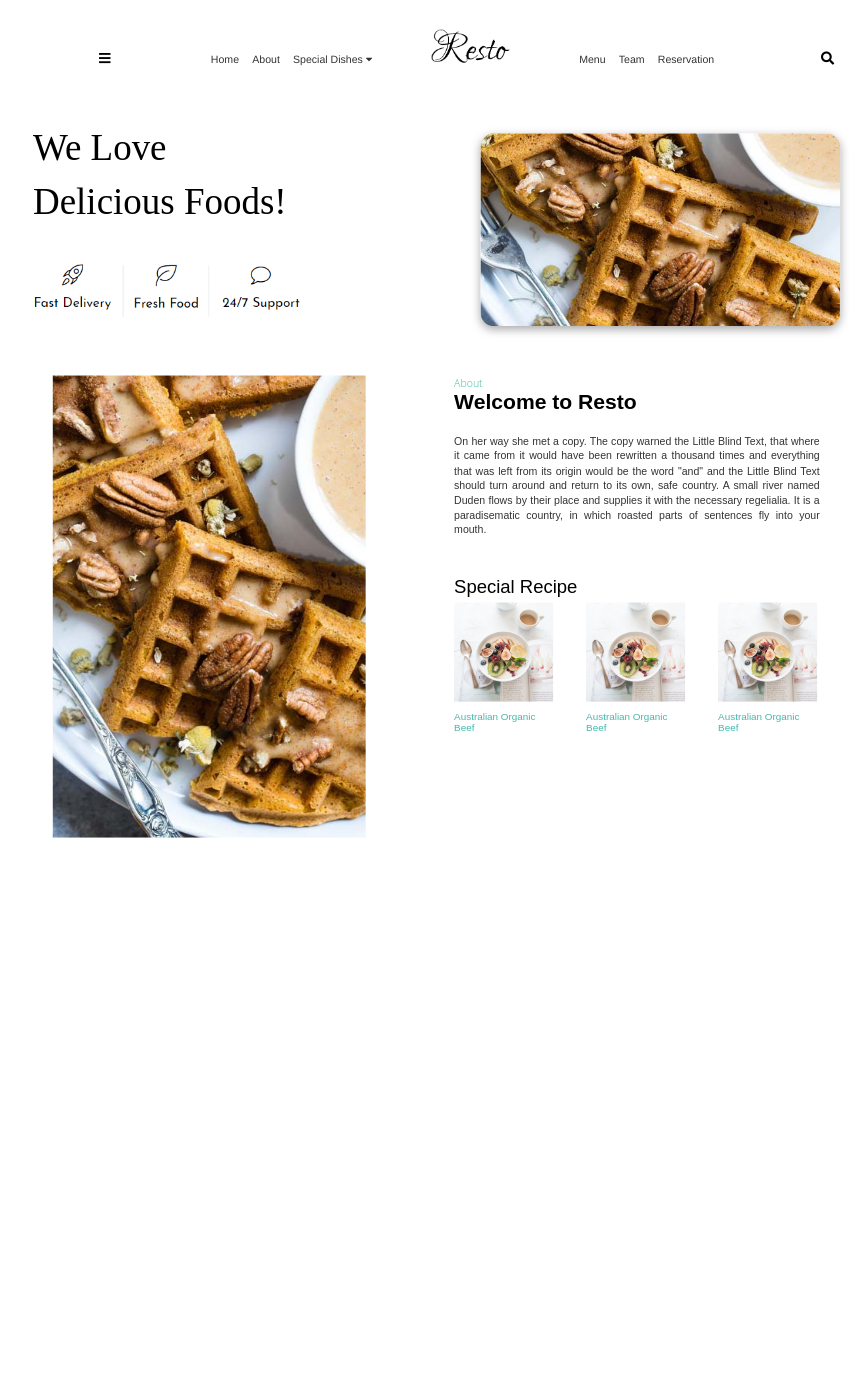
Repository: nguyenanhtuanHDU/myrestaurant
Page: index.html
The author's editor kept a copy of each file at every save. The page is drawn from the files as they stood at one save, then again after the next save.
The browser window is 1280 px wide. The page is 1288 px wide, so the pictures cover 1288 px, including what lies to the right of the window. The pictures show the whole page, at 66% of full size.

Above is the page before, as saved 2022-02-01 02:15:46.

### index.html
<!DOCTYPE html>
<html lang="en">
<head>
    <meta charset="UTF-8">
    <meta http-equiv="X-UA-Compatible" content="IE=edge">
    <meta name="viewport" content="width=device-width, initial-scale=1.0">
    <link rel="stylesheet" href="./assets/style.css">
    <link rel="stylesheet" href="./assets/icon/fontawesome-free-5.15.4-web/css/all.css">
    <link rel="stylesheet" href="./assets/main.js">
    <link rel="stylesheet" href="./aos/aos.css">
    <title>Resto</title>

</head>
<body>
    <div id="main">
        <div id="header">

            <i class="fas fa-bars" ></i>

            <ul id="nav_1" >
                <li><a href="">Home</a></li>
                <li><a href="">About</a></li>
                <li>
                <a href="">
                    Special Dishes
                    <i class="fas fa-caret-down"></i>
                </a>
                <ul class="subnav_1">
                    <li><a href="">
                        <i class="fas fa-angle-right"></i>
                        Beef Steak Sauce
                    </a></li>
                    <li><a href="">
                        <i class="fas fa-angle-right"></i>
                        Salmon Zucchini
                    </a></li>
                </ul>
                </li>
            </ul>

            <img src="./assets/image/logo.png" alt="" class="img_header" >

            <div id="nav_2">
                <ul>
                    <li><a href="">Menu</a></li>
                    <li><a href="">Team</a></li>
                    <li><a href="">Reservation</a></li>
                </ul>
            </div>

            <i class="fas fa-search"></i>

        </div>

        <div id="introduce">

            <div class="content">
                <h1 class="content_heading1">We Love</h1>
                <h1 class="content_heading2">Delicious Foods!</h1>
                <div class="list_content">
                    <img src="/assets/image/Content/1.png" alt="" class="img_content">
                    <img src="/assets/image/Content/2.png" alt="" class="img_content">
                    <img src="/assets/image/Content/3.png" alt="" class="img_content">

                </div>

                <div class="slider_dish">
                    <img class="img_dish" src="./assets/image/hero-1.jpg" >
                    <img class="img_dish" src="./assets/image/hero-2.jpg" >
                    <img class="img_dish" src="./assets/image/hero-3.jpg" >
                </div>
            </div>



            <div class="about">
                <img src="./assets/image/hero-2.jpg" alt="" class="img_about">
                <div class="about_content">
                    <div class="about_heading">About</div>
                    <div class="about_title">Welcome to Resto </div>
                    <div class="content_para">On her way she met a copy. The copy warned the Little Blind Text, that where it came from it would have been rewritten a thousand times and everything that was left from its origin would be the word "and" and the Little Blind Text should turn around and return to its own, safe country. A small river named Duden flows by their place and supplies it with the necessary regelialia. It is a paradisematic country, in which roasted parts of sentences fly into your mouth.

                    </div>

                    <div class="about_dish">
                        <div class="dish_title">Special Recipe </div>
                        <div class="list_dish">
                            <div class="dish_items">
                                <img src="./assets/image/hero-1.jpg" alt="" class="dish_img">
                                <div class="dish_name">Australian Organic Beef</div>
                            </div>
                            <div class="dish_items">
                                <img src="./assets/image/hero-1.jpg" alt="" class="dish_img">
                                <div class="dish_name">Australian Organic Beef</div>
                            </div>
                            <div class="dish_items">
                                <img src="./assets/image/hero-1.jpg" alt="" class="dish_img">
                                <div class="dish_name">Australian Organic Beef</div>
                            </div>

                        </div>
                    </div>
                </div>
            </div>
        </div>

        <div id="special">

        </div>

        <div id="menu">

        </div>

        <div id="team">

        </div>

        <div id="book">

        </div>

        <div id="footer">

        </div>
    </div>


    <script src="./assets/main.js">

    </script>
    <script src="./aos/aos.js">
        AOS.init();

    </script>


</body>
</html>

### assets/style.css
*{
    margin: 0;
    padding: 0;
    box-sizing: border-box;
}

#header{

    margin-top: 45px;
    margin-left: 150px;
}
#header .fa-bars:hover{
    color: #45b8ac;
    cursor: pointer;
    transform: rotate(360deg);
    transition: .6s ease;
}
#header .fa-bars{
    display: inline-block;
    margin-right: 140px;
    font-size: 20px;
}
#header .fa-search{
    font-size: 20px;
    margin-left: 150px;
}
#header .fa-search:hover{
    color: #45b8ac;
    cursor: pointer;
    font-size: 30px;
    transition: 0.4s ease;
}
#nav_1{
    display: inline-block;

}
#nav_1 > li {
    display: inline-block;
    position: relative;
}
#nav > li:hover{
    display: block;
}

#nav_1 > li > a {
    position: relative;
    font-family: Helvetica, Arial, sans-serif;
    opacity: 0.8;
    display: block;
    color: black;
    text-decoration: none;
    padding: 6px 8px;
}
#nav_1 > li > a:before {
    content: '';
    position: absolute;
    bottom: 0;
    left: 0;
    background-color: #45b8ac;
    height: 3px;
    width: 0%;
    transition: 0.6s ease ;
}
#nav_1 > li > a:hover:before {
    width: 100%;
}
#nav_1 li:hover .subnav_1{
    display: block;
    animation: subnav-1 1s ease ;
}
@keyframes subnav-1{
    0%{
        opacity: 0;
        left: 100px;
    }
    50%{
        left: -20px;
    }
    100%{
        left: 0;
    }

}
.subnav_1{
    position: absolute;
    top: 30px;
    opacity: 1;
    width: 162px;
    display: none;
    z-index: 2;
    overflow: hidden;
    border-top-right-radius: 19px;
    border-bottom-right-radius: 19px;
    box-shadow: rgba(0, 0, 0, 0.35) 0px 5px 15px;
}
.subnav_1 li{
    display: block;
}
.subnav_1 li a:hover{
    background-color: #45b8ac;
    color: white;
}
.subnav_1 li a{
    position: relative;
    font-family: Helvetica, Arial, sans-serif;
    opacity: 0.8;
    color: black;
    text-decoration: none;
    padding: 6px 8px;
    display: block;
}
.subnav_1 li a:before{
    content: '';
    position: absolute;
    top: 0;
    left: 0;
    background-color: #45b8ac;
    height: 100%;
    width: 0%;
    z-index: -1;
}
.subnav_1 li a:hover:before{
    color: white;
}



.img_header{
    width: 117.25px;
    height: 50px;
    margin-left: 78px;
    margin-right: 94px;
}
#nav_2{
    display: inline-block;
}
#nav_2 li {
    display: inline-block;
}

#nav_2 li a {
    position: relative;
    text-decoration: none;
    color: black;
    font-family: Helvetica, Arial, sans-serif;
    opacity: 0.8;
    padding: 6px 8px;
}
#nav_2 li a:before {
    content: '';
    position: absolute;
    bottom: 0;
    left: 0;
    background-color: #45b8ac;
    height: 3px;
    width: 0%;
    transition: 0.6s ease;
}
#nav_2 li a:hover:before {
    width: 100%;
}
#introduce{
    position: relative;
    height: 2000px;
}
.content{
    position: absolute;
    top: 86px;
    left: 50px;
}
.content_heading1{
    font-size: 3.5rem;
    font-weight: 300;
    line-height: 1.2;
}
.content_heading2{
    font-size: 3.5rem;
    font-weight: 300;
    line-height: 1.2;
    padding-top: 14px;
    padding-bottom: 59px;
}
.slider_dish{

}
.img_dish{
    position: absolute;
    width: 545px;
    height: 292px;
    object-fit: cover;
    top: 11px;
    left: 167%;
    box-shadow: rgba(0, 0, 0, 0.35) 0px 5px 15px;
    border-radius: 20px;
}
.about{
    position: absolute;
    top: 29em;
}
.img_about{
    width: 474px;
    height: 700px;
    object-fit: cover;
    margin-left: 80px;
}
.about_content{
    position: absolute;
    top: 0;
    left: 43em;
    width: 100%;
}
.about_heading{
    color: #45b8ac;
    font-family: 'Open Sans',sans-serif;
    font-weight: 300;
}
.about_title{
    font-family: 'Josefin Sans',sans-serif;
    font-weight: 700;
    font-size: 32px;
    margin-bottom: 30px;
}
.content_para{
    font-family: 'Josefin Sans',sans-serif;
    text-align: justify;
    opacity: 0.8;
    line-height: 1.4;
    margin-bottom: 58px;
}
.about_dish{
    position: absolute;
}
.list_dish{
    display: flex;
}
.dish_items{
    margin-right: 50px;
}
.dish_title{
    font-family: 'Josefin Sans',sans-serif;
    font-weight: 400;
    font-size: 28px;
    margin-bottom: 8px;
}
.dish_img{
    width: 150px;
    height: 150px;
}
.dish_name{
    font-family: 'Josefin Sans',sans-serif;
    font-weight: 400;
    margin-top: 10px;
    font-size: 15px;
    color: #45b8ac;

}

### assets/main.js

var myIndex = 0;
        carousel();

        function carousel() {
          var i;
          var x = document.getElementsByClassName("img_dish");
          for (i = 0; i < x.length; i++) {
            x[i].style.display = "none";
          }
          myIndex++;
          if (myIndex > x.length) {myIndex = 1}
          x[myIndex-1].style.display = "block";
          setTimeout(carousel, 3000);
        }

Loaded but not shown: assets/icon/fontawesome-free-5.15.4-web/css/all.css (library); aos/aos.css (library); aos/aos.js (library)

After the next save:
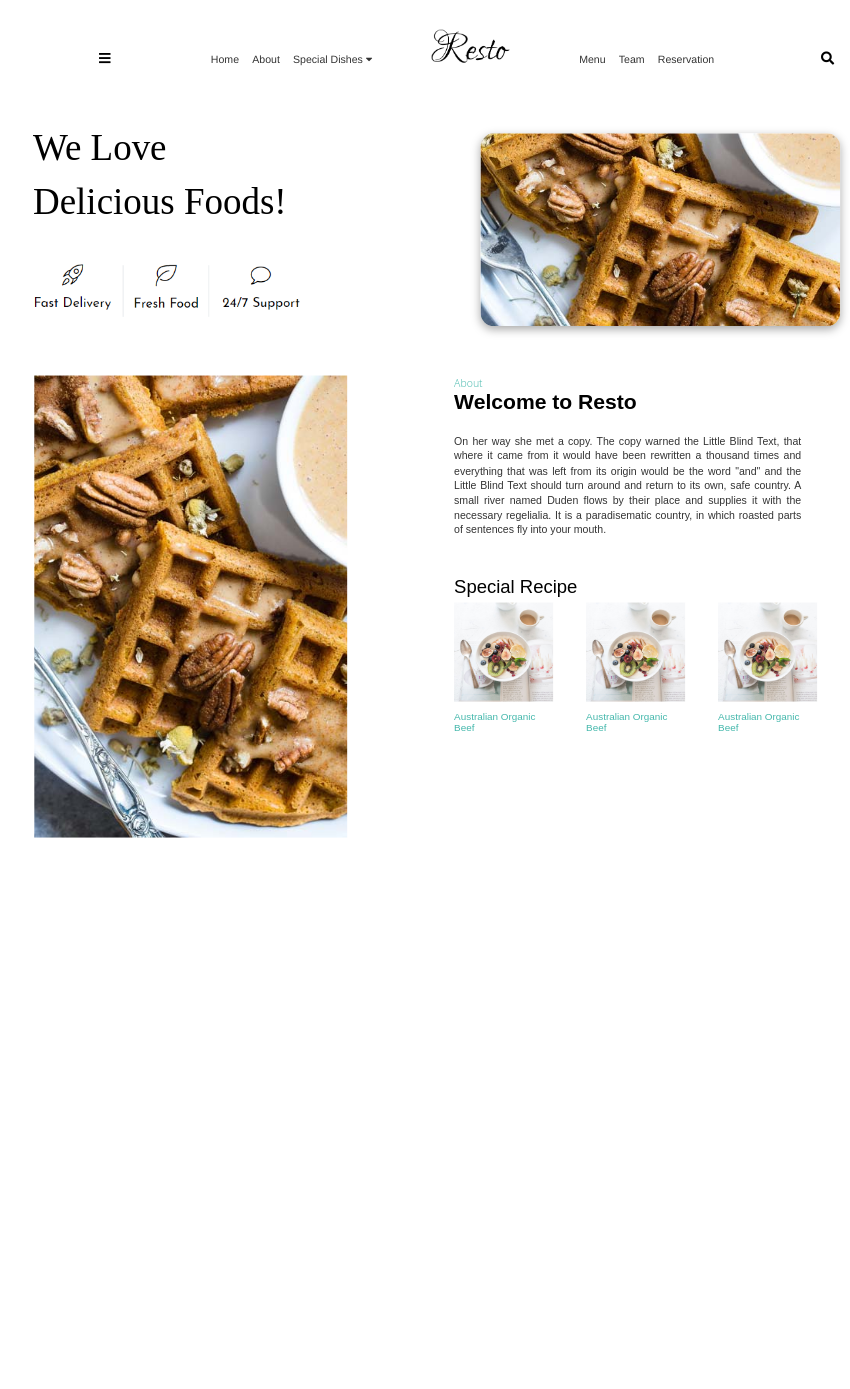
Saved 45 s later.
--- a/assets/style.css
+++ b/assets/style.css
@@ -201,7 +201,7 @@
     width: 474px;
     height: 700px;
     object-fit: cover;
-    margin-left: 80px;
+    margin-left: 52px;
 }
 .about_content{
     position: absolute;
